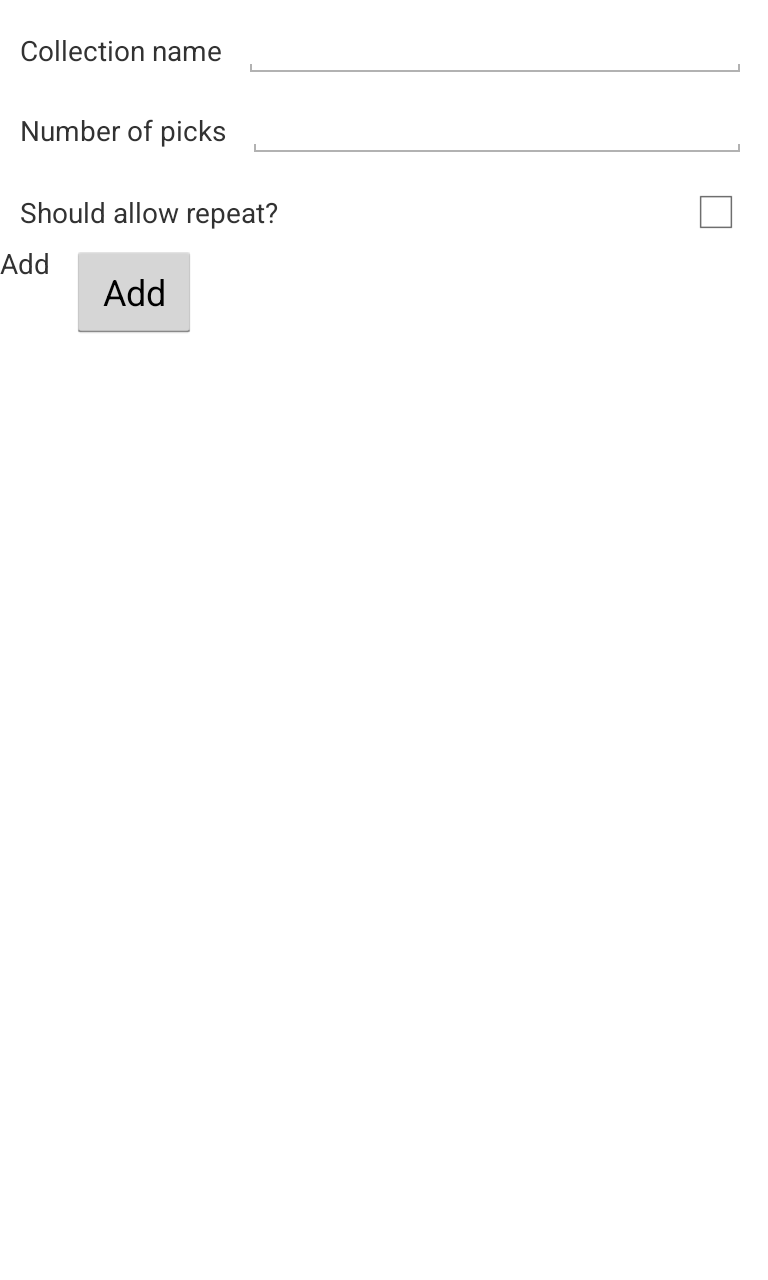
Repository: nqmtuan/RandomRandomizerAndroid
Layout: Workspace/RandomRandomizer/res/layout/create_edit_random_collection.xml
The author's editor kept a copy of each file at every save. The layout is drawn from the files as they stood at one save, then again after the next save.
It is drawn on a 768 x 1280 px phone screen (xhdpi) without system bars, with theme AppTheme; the app's code is not run.

Above is the layout before, as saved 2013-07-30 14:53:51.

### Workspace/RandomRandomizer/res/layout/create_edit_random_collection.xml
<?xml version="1.0" encoding="utf-8"?>
<RelativeLayout xmlns:android="http://schemas.android.com/apk/res/android"
    android:layout_width="match_parent"
    android:layout_height="match_parent" >

    <ScrollView
        android:id="@+id/create_random_collection_scroll_view"
        android:layout_width="match_parent"
        android:layout_height="match_parent" >

        <RelativeLayout
            android:id="@+id/create_random_collection_main_container"
            android:layout_width="match_parent"
            android:layout_height="wrap_content" >

            <RelativeLayout
                android:id="@+id/create_random_collection_info_container"
                android:layout_width="match_parent"
                android:layout_height="wrap_content" >

                <RelativeLayout
                    android:id="@+id/create_random_collection_name_container"
                    android:layout_width="match_parent"
                    android:layout_height="wrap_content"
                    android:layout_marginTop="10dp" >

                    <TextView
                        android:id="@+id/create_random_collection_name_text_view"
                        android:layout_width="wrap_content"
                        android:layout_height="wrap_content"
                        android:layout_centerVertical="true"
                        android:layout_marginLeft="10dp"
                        android:text="@string/random_collection_name_label" />

                    <EditText
                        android:id="@+id/create_random_collection_name_edit_text"
                        android:layout_width="fill_parent"
                        android:layout_height="30dp"
                        android:layout_marginLeft="10dp"
                        android:layout_marginRight="10dp"
                        android:layout_toRightOf="@+id/create_random_collection_name_text_view" />
                </RelativeLayout>

                <RelativeLayout
                    android:id="@+id/create_random_collection_nselection_container"
                    android:layout_width="match_parent"
                    android:layout_height="wrap_content"
                    android:layout_below="@+id/create_random_collection_name_container"
                    android:layout_marginTop="10dp" >

                    <TextView
                        android:id="@+id/create_random_collection_nselection_text_view"
                        android:layout_width="wrap_content"
                        android:layout_height="wrap_content"
                        android:layout_centerVertical="true"
                        android:layout_marginLeft="10dp"
                        android:text="@string/random_collection_nselection_label" />

                    <EditText
                        android:id="@+id/create_random_collection_nselection_edit_text"
                        android:layout_width="fill_parent"
                        android:layout_height="30dp"
                        android:layout_marginLeft="10dp"
                        android:layout_marginRight="10dp"
                        android:layout_toRightOf="@+id/create_random_collection_nselection_text_view"
                        android:inputType="number" />
                </RelativeLayout>

                <RelativeLayout
                    android:id="@+id/create_random_collection_should_allow_repeat_container"
                    android:layout_width="match_parent"
                    android:layout_height="wrap_content"
                    android:layout_below="@+id/create_random_collection_nselection_container"
                    android:layout_marginTop="10dp" >

                    <TextView
                        android:id="@+id/create_random_collection_should_allow_repeat_text_view"
                        android:layout_width="wrap_content"
                        android:layout_height="wrap_content"
                        android:layout_centerVertical="true"
                        android:layout_marginLeft="10dp"
                        android:text="@string/random_collection_should_allow_repeat_label" />

                    <CheckBox
                        android:id="@+id/create_random_collection_should_allow_repeat_check_box"
                        android:layout_width="wrap_content"
                        android:layout_height="wrap_content"
                        android:layout_alignParentRight="true"
                        android:layout_marginRight="10dp" />
                </RelativeLayout>
            </RelativeLayout>

            <RelativeLayout
                android:id="@+id/create_random_collection_image_container"
                android:layout_width="match_parent"
                android:layout_height="match_parent"
                android:layout_below="@+id/create_random_collection_info_container" >


                <TextView
                    android:id="@+id/create_random_collection_image_label"
            		android:layout_width="wrap_content"
            		android:layout_height="wrap_content"
            		android:text="@string/random_collection_add_image_label"
                    />

                <Button
                    android:id="@+id/create_random_collection_image_add_button"
            		android:layout_width="wrap_content"
            		android:layout_height="wrap_content"
            		android:text="@string/random_collection_add_image_label"
             		android:layout_toRightOf="@+id/create_random_collection_image_label"
             		android:layout_marginLeft="10dp"
                    />
            </RelativeLayout>
        </RelativeLayout>
    </ScrollView>

</RelativeLayout>

### Workspace/RandomRandomizer/res/values/strings.xml
<?xml version="1.0" encoding="utf-8"?>
<resources>

    <string name="app_name">Random Randomizer</string>
    <string name="action_settings">Settings</string>
    <string name="hello_world">Hello world!</string>
    <string name="random_collection_name_label">Collection name</string>
    <string name="random_collection_nselection_label">Number of picks</string>
    <string name="random_collection_should_allow_repeat_label">Should allow repeat?</string>
    <string name="random_collection_images_label">Images</string>
    <string name="random_collection_add_image_label">Add</string>
    <string name="random_collection_text_label">Text (Comma-seperated, e.g. rock,paper,scissor)</string>

</resources>

Loaded but not shown: Workspace/RandomRandomizer/res/values/styles.xml (common file); Workspace/RandomRandomizer/res/values-v11/styles.xml (common file); Workspace/RandomRandomizer/res/values-v14/styles.xml (common file)

After the next save:
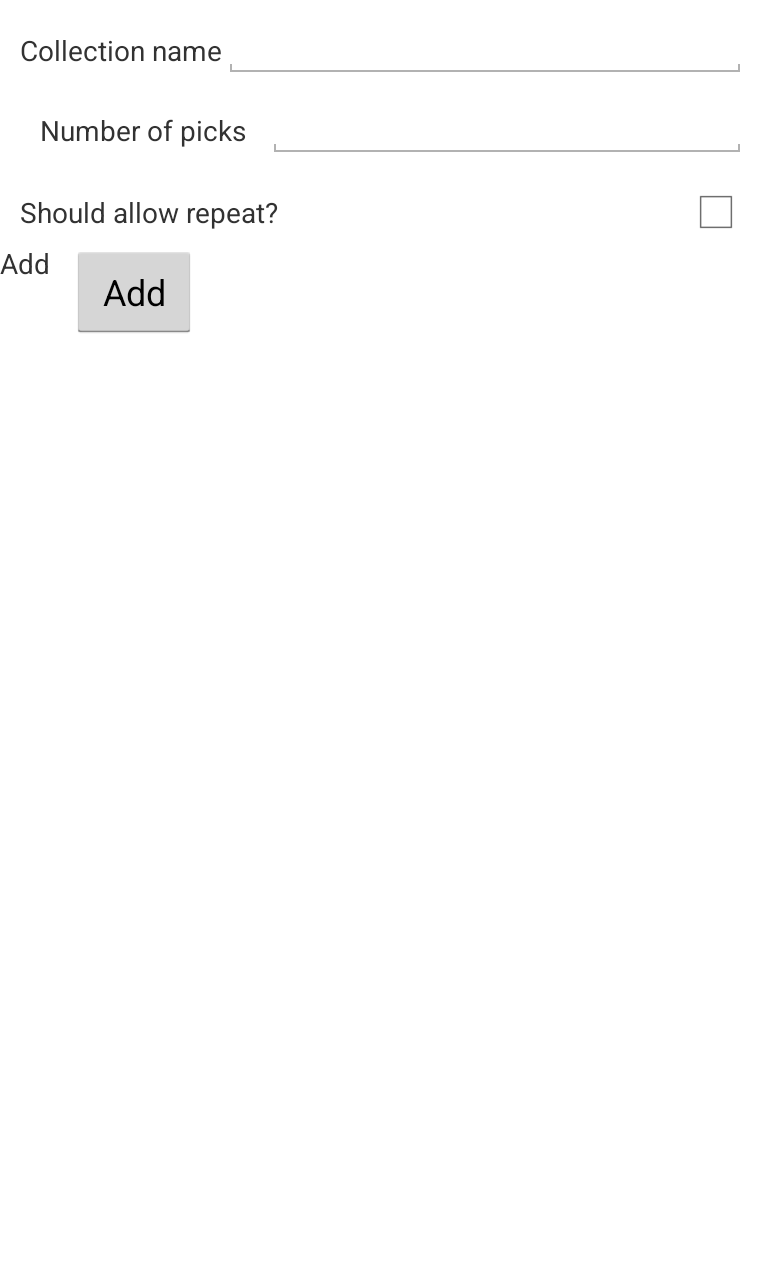
Saved 115 s later.
--- a/Workspace/RandomRandomizer/res/layout/create_edit_random_collection.xml
+++ b/Workspace/RandomRandomizer/res/layout/create_edit_random_collection.xml
@@ -16,7 +16,9 @@
             <RelativeLayout
                 android:id="@+id/create_random_collection_info_container"
                 android:layout_width="match_parent"
-                android:layout_height="wrap_content" >
+                android:layout_height="wrap_content"
+                android:layout_marginLeft="10dp"
+                >
 
                 <RelativeLayout
                     android:id="@+id/create_random_collection_name_container"
@@ -29,14 +31,13 @@
                         android:layout_width="wrap_content"
                         android:layout_height="wrap_content"
                         android:layout_centerVertical="true"
-                        android:layout_marginLeft="10dp"
+
                         android:text="@string/random_collection_name_label" />
 
                     <EditText
                         android:id="@+id/create_random_collection_name_edit_text"
                         android:layout_width="fill_parent"
                         android:layout_height="30dp"
-                        android:layout_marginLeft="10dp"
                         android:layout_marginRight="10dp"
                         android:layout_toRightOf="@+id/create_random_collection_name_text_view" />
                 </RelativeLayout>
@@ -52,8 +53,8 @@
                         android:id="@+id/create_random_collection_nselection_text_view"
                         android:layout_width="wrap_content"
                         android:layout_height="wrap_content"
+                        android:layout_marginLeft="10dp"
                         android:layout_centerVertical="true"
-                        android:layout_marginLeft="10dp"
                         android:text="@string/random_collection_nselection_label" />
 
                     <EditText
@@ -78,7 +79,6 @@
                         android:layout_width="wrap_content"
                         android:layout_height="wrap_content"
                         android:layout_centerVertical="true"
-                        android:layout_marginLeft="10dp"
                         android:text="@string/random_collection_should_allow_repeat_label" />
 
                     <CheckBox

After the save that followed:
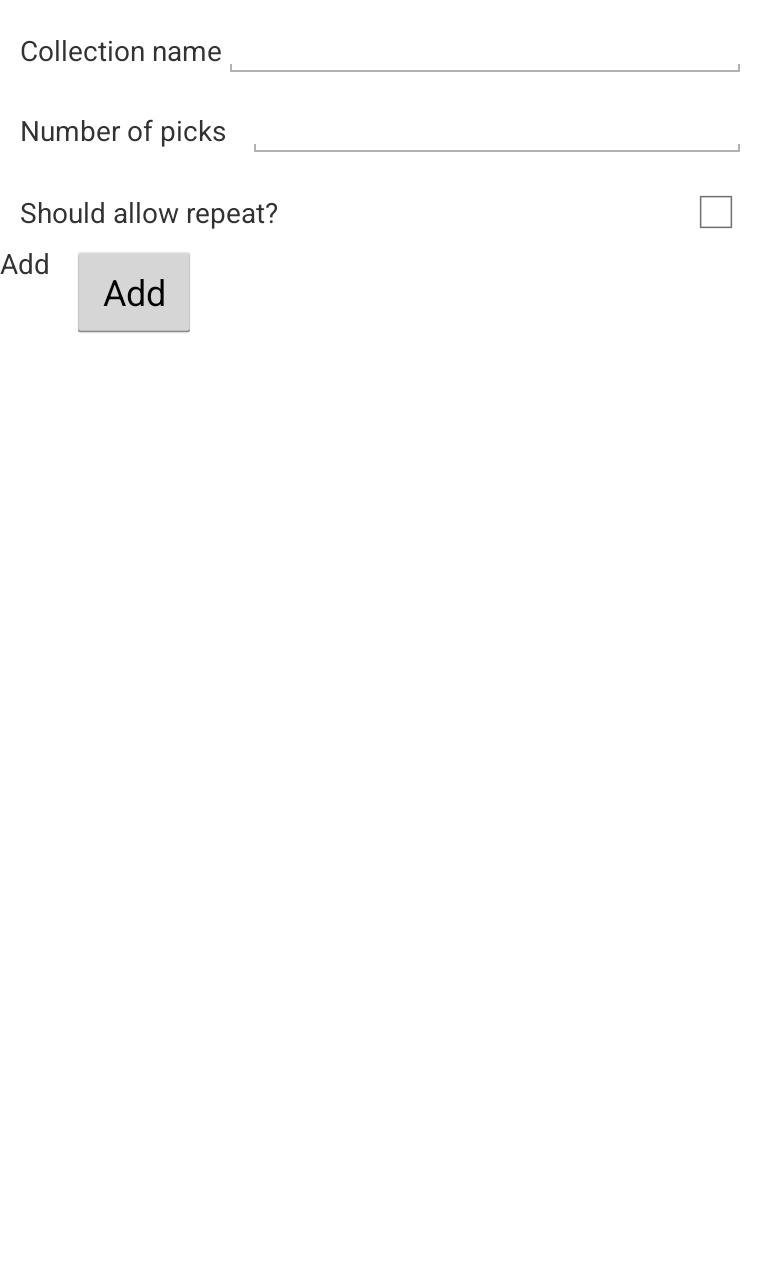
Saved 14 s later.
--- a/Workspace/RandomRandomizer/res/layout/create_edit_random_collection.xml
+++ b/Workspace/RandomRandomizer/res/layout/create_edit_random_collection.xml
@@ -53,7 +53,6 @@
                         android:id="@+id/create_random_collection_nselection_text_view"
                         android:layout_width="wrap_content"
                         android:layout_height="wrap_content"
-                        android:layout_marginLeft="10dp"
                         android:layout_centerVertical="true"
                         android:text="@string/random_collection_nselection_label" />
 
